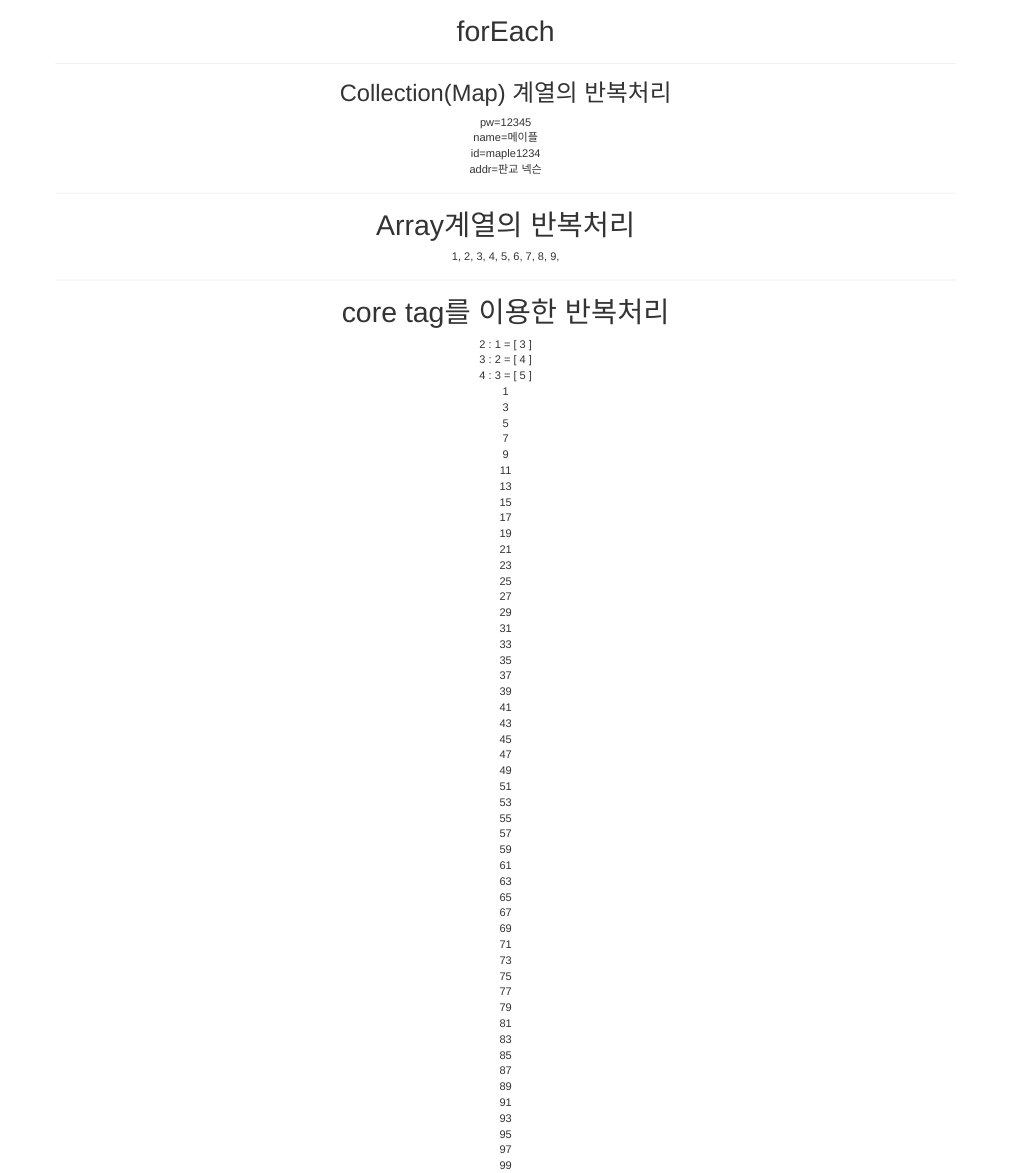
Repository: juhee1020/studying
Page: http://localhost/jsp01_basic/jsp10_jstl/jsp04_foreach.jsp
An editor plug-in stored every save of this project. The page is shown before and after the next save, followed by the edit.
The browser window is 1280 px wide. The pictures show the whole page, at 79% of full size.
The page is served by Tomcat 9.

Above is the page before, as saved 2022-12-14 02:47:11.

After the next save:
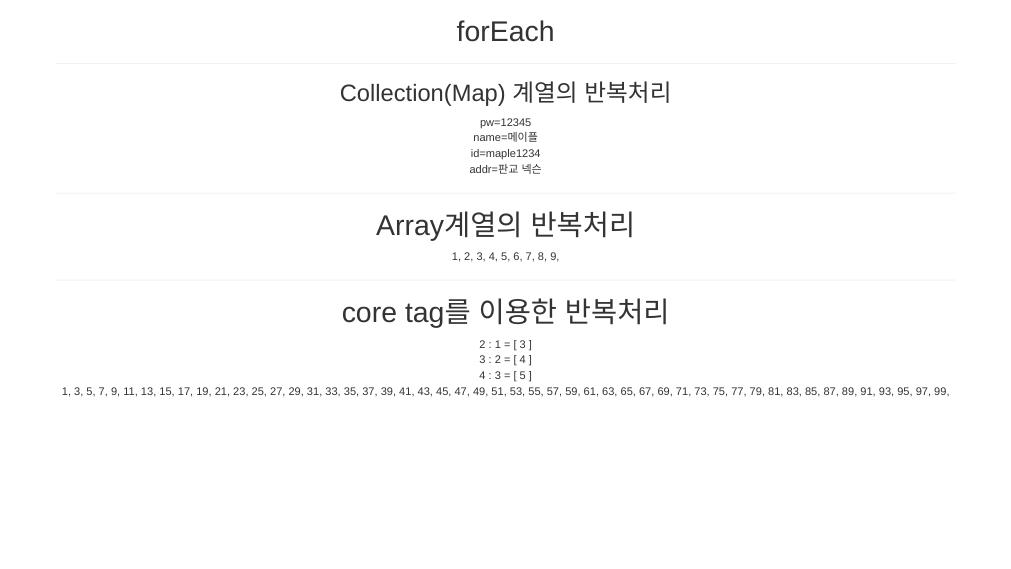
Saved 7 s later.
--- a/JSP/jsp01_basic/WebContent/jsp10_jstl/jsp04_foreach.jsp
+++ b/JSP/jsp01_basic/WebContent/jsp10_jstl/jsp04_foreach.jsp
@@ -53,7 +53,7 @@
 
 		<!-- 실습1. 1부터 100까지 홀수의 합을 구하기 foreach에 비긴 엔드 -->
 		<c:forEach var="i" begin="1" end="100" step="2">
-		${i}<br>
+		${i},
 		</c:forEach>
 		<!-- 실습2. 구구단의 9단만 출력 -->
 
